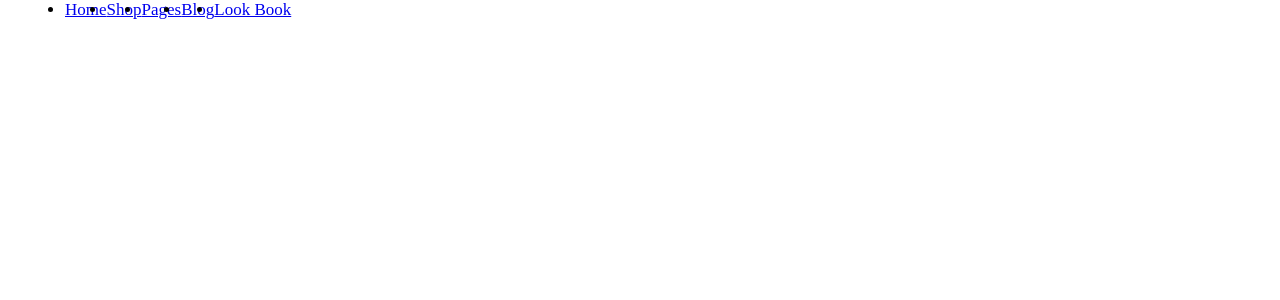
Repository: MorgunovaAlexandra/beauti
Page: index.html
An editor plug-in stored every save of this project. The page is shown before and after a run of saves, followed by the edit.
The browser window is 1280 px wide. The pictures show the whole page.

Above is the page before, as saved 2022-08-24 11:59:17.

After the next 3 saves:
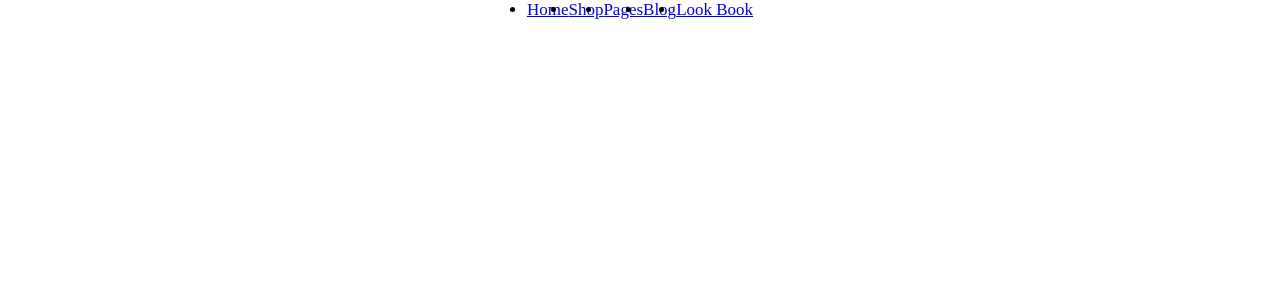
The 3 saves are shown as one change because they came seconds apart.
The last was saved 12 s later.
--- a/style.css
+++ b/style.css
@@ -45,5 +45,5 @@ html,body{
 }
 .menu-list{
     display: flex;
-    align-items: center;
+    justify-content: center;
 }
